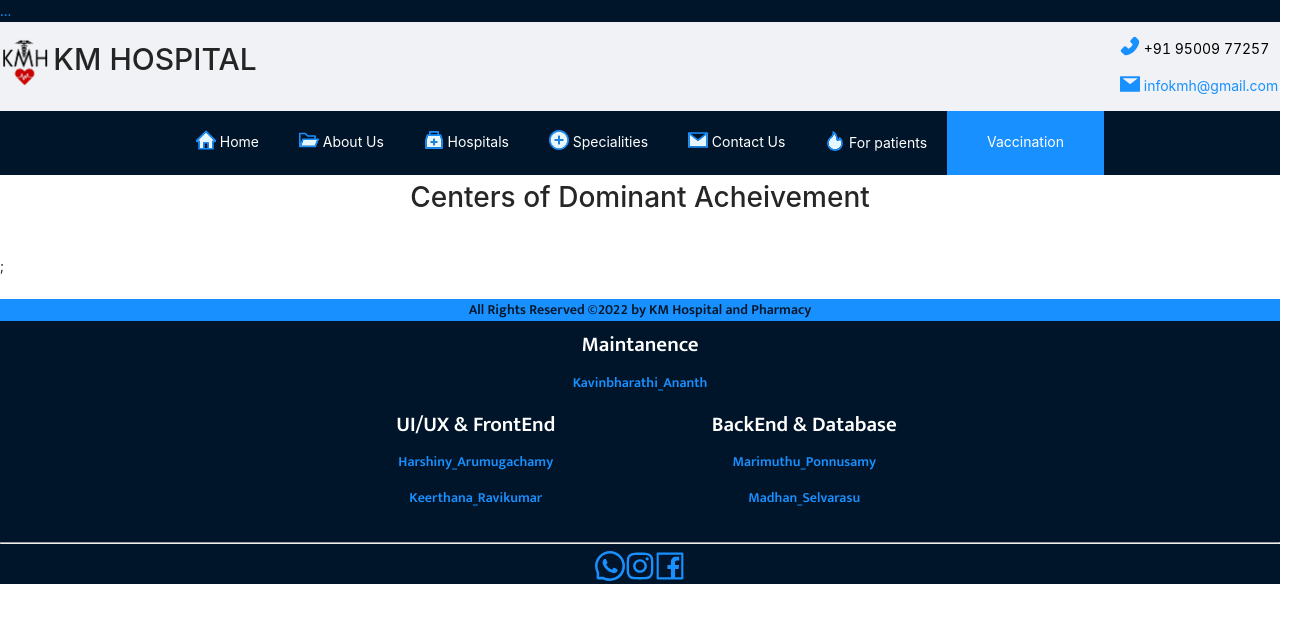
Repository: marimuthu1001/KHM-hospital
Page: /specialities (app in km-hospital/)
These files come from the project's save history. The page is drawn as it stood at one moment and after the next save; the edit follows.
The browser window is 1280 px wide. The page is 1297 px wide, so the pictures cover 1297 px, including what lies to the right of the window. The pictures show the whole page.
The page's requests for data from a server got no answer. The project was rebuilt for these pictures with package versions that can differ from the ones it lists, and the page was loaded fresh each time. No one was signed in, and anything a server would have sent is missing. Also part of the build but not shown: km-hospital/src/Styles/ContactUs.module.css, km-hospital/src/Pages/ContactUs.jsx, km-hospital/src/Pages/AboutUS.jsx, km-hospital/src/Pages/Feedback.jsx.

Above is the page before, as saved 2022-01-25 13:13:04.

After the next save:
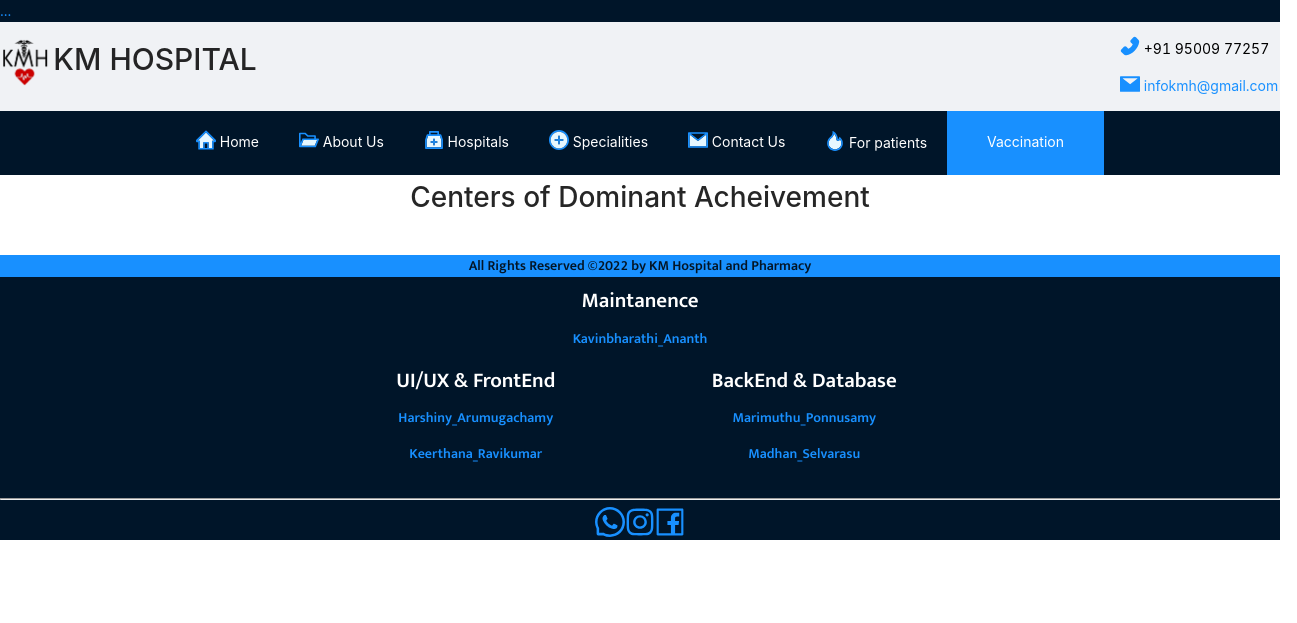
Saved 2 min 41 s later.
--- a/km-hospital/src/Pages/Specialities.jsx
+++ b/km-hospital/src/Pages/Specialities.jsx
@@ -44,7 +44,7 @@ console.log(loading)
                  <div className={Styles.title}>
                     <h1>Centers of Dominant Acheivement</h1>
                  </div>
-                 <Spin tip="Loading ..." style={{width:1550}} size="large" spinning={loading}></Spin><br/>;
+                 <Spin tip="Loading ..." style={{width:1550}} size="large" spinning={loading}></Spin>
                  <Row gutter={[60,30]}>
                     {FeedBacks.map((feedback)=>(
                         <div className={feedback.key}>
